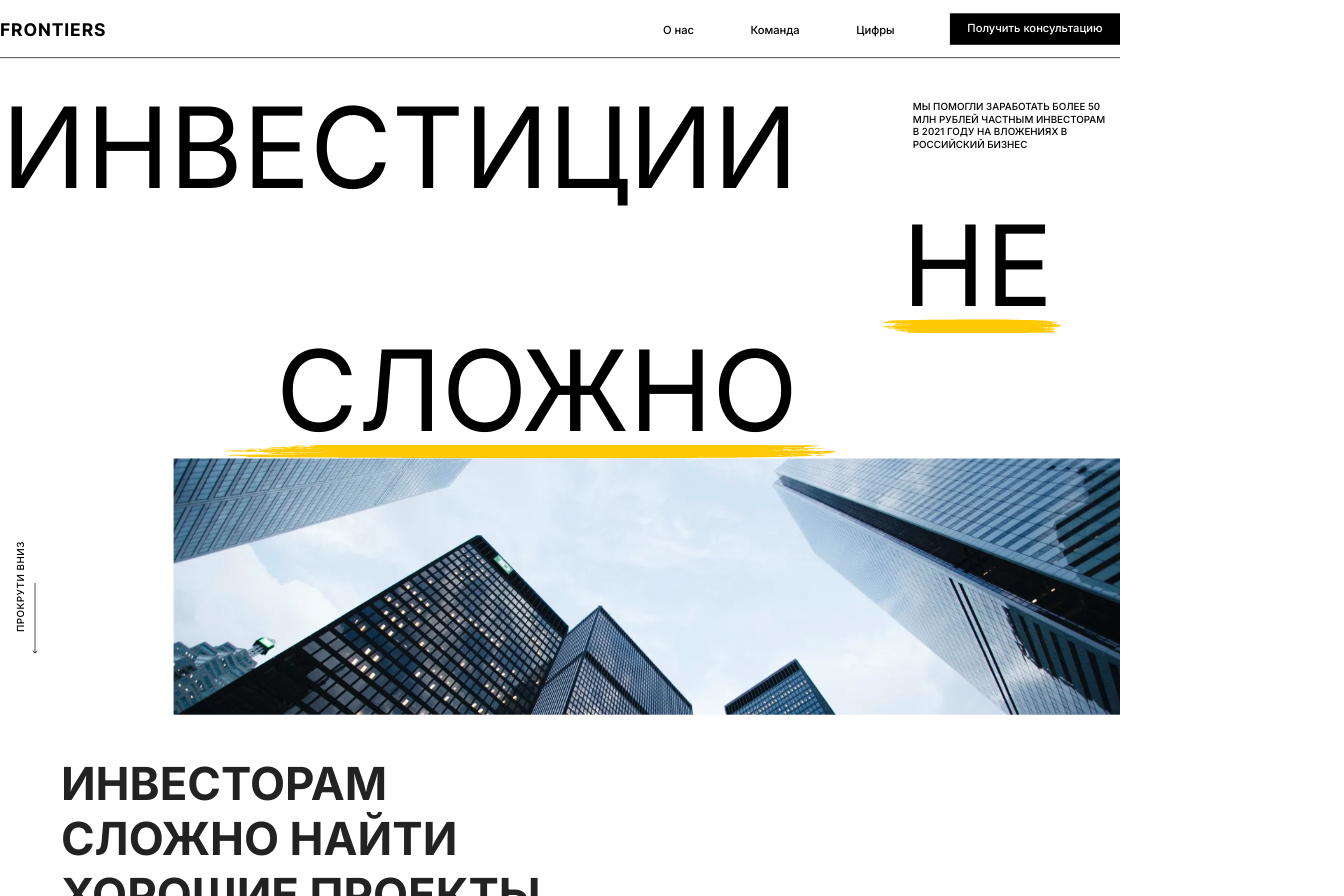
Repository: NadyaKorvin/frontiers
Page: /
The author's editor kept a copy of each file at every save. The page is drawn from the files as they stood at one save, then again after the next save.
The browser window is 1280 px wide. The page is 1920 px wide, so the pictures cover 1920 px, including what lies to the right of the window. The pictures show the part of the page from y = 0 to 1280 px (the page is 2633 px tall), at 70% of full size.
The project was rebuilt for these pictures with package versions that can differ from the ones it lists, and the page was loaded fresh each time.

Above is the page before, as saved 2022-05-26 17:30:38.

### public/index.html
<!DOCTYPE html>
<html lang="en">
  <head>
    <meta charset="utf-8" />
    <link rel="icon" href="%PUBLIC_URL%/favicon.ico" />
    <meta name="viewport" content="width=device-width, initial-scale=1" />
    <meta name="theme-color" content="#000000" />
    <meta name="description" content="Web site created using create-react-app" />
    <link rel="apple-touch-icon" href="%PUBLIC_URL%/logo192.png" />
    <link rel="manifest" href="%PUBLIC_URL%/manifest.json" />
    <link rel="preconnect" href="https://fonts.googleapis.com" />
    <link rel="preconnect" href="https://fonts.gstatic.com" crossorigin />
    <link href="https://fonts.googleapis.com/css2?family=Inter:wght@300;400;500;700&display=swap" rel="stylesheet" />
    <title>FRONTIERS</title>
  </head>
  <body>
    <noscript>You need to enable JavaScript to run this app.</noscript>
    <div id="root"></div>
  </body>
</html>

### src/index.js
import React from "react"
import ReactDOM from "react-dom/client"

import App from "./App"

const root = ReactDOM.createRoot(document.getElementById("root"))
root.render(
  <React.StrictMode>
    <App />
  </React.StrictMode>
)

### src/App.js
import { useState } from "react";
import "./App.css";
import { SecondScreenAnimation } from "./components/secondScreen/SecondScreenAnimation";
import FirstScreen from "./components/firstScreen/FirstScreen";
import LastScreen from "./components/lastScreen/LastScreen";

function App() {
  const [mousePosition, setMousePosition] = useState("");

  const listenUpperMousePosition = (event) => {
    console.log(event);
    console.log(event.target);
    setMousePosition(event.target);
  };

  return (
    <>
      <FirstScreen />
      <div className="App">
        <SecondScreenAnimation listenMousePosition={listenUpperMousePosition} />
      </div>
      <LastScreen />
    </>
  );
}
export default App;

### src/App.css
@import url("./reset.css");
@import url("./components/secondScreen/SecondScreen.css");
@import url("./font/font.css");
@import url("./components/firstScreen/FirstScreen.css");
@import url("./components/lastScreen/LastScreen.css");
@import url("./components/button/Button.css");
@import url("./components/form/Form.css");

body {
  font-family: "Inter";
}

### src/components/secondScreen/SecondScreenAnimation.js
export function SecondScreenAnimation({ listenMousePosition, mousePosition }) {
  let goUp = ""
  const goUpBlackLines = (mousePosition) => {
    if (mousePosition === "animation__text_first_part") {
      goUp = "up"
      return goUp
    }
  }
  goUpBlackLines(mousePosition)
  console.log(goUp)
  return (
    <div className="animation__text_block">
      {goUp != "up" ? (
        <div>
          <div className="animation__text" onMouseOver={listenMousePosition}>
            <p className="animation__text_first_part">Инвесторам сложно найти хорошие проекты,</p>
            <p className="animation__text_second_part">а хорошим проектам — инвестиции.</p>
          </div>
          <div className="animation__black_lines">
            <div className="animation__1th_black_line"></div>
            <div className="animation__2th_black_line"></div>
            <div className="animation__3th_black_line"></div>
          </div>
        </div>
      ) : (
        <div>
          <div className="animation__text" onMouseOver={listenMousePosition}>
            <p className="animation__text_first_part" style={{ color: "#fff" }}>
              Инвесторам сложно найти хорошие проекты,
            </p>
            <p className="animation__text_second_part" style={{ color: "#000" }}>
              а хорошим проектам — инвестиции.
            </p>
          </div>
          <div className="animation__black_lines">
            <div className="animation__1th_black_line" style={{ width: "484px", marginTop: "-475px" }}></div>
            <div className="animation__2th_black_line" style={{ width: "586px" }}></div>
            <div className="animation__3th_black_line" style={{ width: "722px" }}></div>
          </div>
        </div>
      )}
    </div>
  )
}

### src/components/firstScreen/FirstScreen.js
import React from "react";
import image from "./image.webp";

export default function firstScreen() {
  const pointer = (
    <svg
      width="8"
      height="101"
      viewBox="0 0 8 101"
      fill="none"
      xmlns="http://www.w3.org/2000/svg"
    >
      <path
        d="M4.35355 100.356C4.15829 100.551 3.84171 100.551 3.64645 100.356L0.464466 97.1735C0.269204 96.9783 0.269204 96.6617 0.464466 96.4664C0.659728 96.2712 0.976311 96.2712 1.17157 96.4664L4 99.2948L6.82843 96.4664C7.02369 96.2712 7.34027 96.2712 7.53553 96.4664C7.7308 96.6617 7.7308 96.9783 7.53553 97.1735L4.35355 100.356ZM3.5 100.002L3.5 0.00195312H4.5L4.5 100.002H3.5Z"
        fill="black"
      />
    </svg>
  );

  return (
    <>
      <section className="firstscreen">
        <header className="firstscreen__header">
          <div className="firstscreen__logotype">FRONTIERS</div>
          <div className="firstscreen__menu">
            <div className="firstscreen__nav">
              <nav className="firstscreen__nav_team">
                <ul>О нас</ul>
                <ul>Команда</ul>
                <ul>Цифры</ul>
              </nav>
            </div>
            <div className="firstscreen__button">
              <p className="firstscreen__text_btn">Получить консультацию</p>
            </div>
          </div>
        </header>
        <div className="firstscreen__content">
          <div className="firstscreen__content_left_text">
            <p>ИНВЕСТИЦИИ</p>
            <div>
              <p>СЛОЖНО</p>
              <div className="firstscreen__content_vector_complex" />
            </div>
          </div>
          <div className="firstscreen__content_rihgt_text">
            <div className="firstscreen__content_rihgt_text_up">
              <p>
                Мы помогли заработать более 50 млн рублей частным инвесторам в
                2021 году на вложениях в российский бизнес
              </p>
            </div>
            <div className="firstscreen__content_rihgt_text_down">
              <p>НЕ</p>
              <div className="firstscreen__content_vector_not" />
            </div>
          </div>
        </div>
        <div className="firstscreen__content_bottom_content">
          <div className="firstscreen__content_bottom_content_left">
            <div className="firstscreen__content_bottom_content_left_scrolldown">
              <p>ПРОКРУТИ ВНИЗ</p>
            </div>
            <div className="firstscreen__content_pointer">{pointer}</div>
          </div>
          <div className="firstscreen__content_bottom_content_right"></div>
          <img src={image} alt="" className="firstscreen__img" />
        </div>
      </section>
    </>
  );
}

### src/components/lastScreen/LastScreen.js
import React from "react";
import Form from "../form/Form"
import LogoKojo from "./LogoKojo"

export default function LastScreen() {
  return (
    <>
      <section className="lastscreen">
        <div className="lastscreen__wrapper">
          <div className="lastscreen__left_content">
            <p>
              ОТПРАВЬТЕ НАМ ЗАЯВКУ НА КОНСУЛЬТАЦИЮ И МЫ ПОДБЕРЕМ ДЛЯ ВАС
              НАИБОЛЕЕ ПОДХОДЯЩУЮ СТРАТЕГИЮ
            </p>
          </div>
          <div className="lastscreen__right_content">
            <div className="lastscreen__text_form">
              <p>ЗАПОЛНИТЕ ФОРМУ И МЫ С ВАМИ СВЯЖЕМСЯ В БЛИЖАЙШЕЕ ВРЕМЯ</p>
            </div>
            <Form />
          </div>
        </div>
        <footer className="lastscreen__footer">
          <div className="lastscreen__contact">
            <p>КОНТАКТЫ</p>
            <p>Санкт-Петербург, Невский пр-кт, 71 (5 этаж)</p>
            <p>+7 000 987 6543</p>
            <p><a href="mailto:info@frontiers.ru" >info@frontiers.ru</a></p>
          </div>
          <div className="lastscreen__design">
            <p>Дизайн и разработка</p>
            <LogoKojo />
          </div>
          <div className="lastscreen__frontiers">
            <p>FRONTIERS</p>
            <p>Политика конфиденциальности</p>
            <p>© 2022 Frontiers Group</p>
          </div>
        </footer>
      </section>
    </>
  );
}

### src/reset.css
html,
body,
div,
span,
applet,
object,
iframe,
h1,
h2,
h3,
h4,
h5,
h6,
p,
blockquote,
pre,
a,
abbr,
acronym,
address,
big,
cite,
code,
del,
dfn,
em,
img,
ins,
kbd,
q,
s,
samp,
small,
strike,
strong,
sub,
sup,
tt,
var,
b,
u,
i,
center,
dl,
dt,
dd,
ol,
ul,
li,
fieldset,
form,
label,
legend,
table,
caption,
tbody,
tfoot,
thead,
tr,
th,
td,
article,
aside,
canvas,
details,
embed,
figure,
figcaption,
footer,
header,
hgroup,
menu,
nav,
output,
ruby,
section,
summary,
time,
mark,
audio,
video {
  margin: 0;
  padding: 0;
  border: 0;
  font-size: 100%;
  font: inherit;
  vertical-align: baseline;
}

:focus {
  outline: 0;
}

article,
aside,
details,
figcaption,
figure,
footer,
header,
hgroup,
menu,
nav,
section {
  display: block;
}

body {
  line-height: 1;
}

ol,
ul {
  list-style: none;
}

blockquote,
q {
  quotes: none;
}

blockquote:before,
blockquote:after,
q:before,
q:after {
  content: "";
  content: none;
}

table {
  border-collapse: collapse;
  border-spacing: 0;
}

input[type="search"]::-webkit-search-cancel-button,
input[type="search"]::-webkit-search-decoration,
input[type="search"]::-webkit-search-results-button,
input[type="search"]::-webkit-search-results-decoration {
  -webkit-appearance: none;
  -moz-appearance: none;
}

input[type="search"] {
  -webkit-appearance: none;
  -moz-appearance: none;
  -webkit-box-sizing: content-box;
  -moz-box-sizing: content-box;
  box-sizing: content-box;
}

textarea {
  overflow: auto;
  vertical-align: top;
  resize: vertical;
}

[hidden] {
  display: none;
}

html {
  font-size: 100%; /* 1 */
  -webkit-text-size-adjust: 100%; /* 2 */
  -ms-text-size-adjust: 100%; /* 2 */
}

a:focus {
  outline: thin dotted;
}

a:active,
a:hover {
  outline: 0;
}

img {
  border: 0;
  -ms-interpolation-mode: bicubic;
}

figure {
  margin: 0;
}

form {
  margin: 0;
}

fieldset {
  border: 1px solid #c0c0c0;
  margin: 0 2px;
  padding: 0.35em 0.625em 0.75em;
}

legend {
  border: 0; /* 1 */
  padding: 0;
  white-space: normal; /* 2 */
  *margin-left: -7px; /* 3 */
}

button,
input,
select,
textarea {
  font-size: 100%; /* 1 */
  margin: 0; /* 2 */
  vertical-align: baseline; /* 3 */
  *vertical-align: middle; /* 3 */
}

button,
input {
  line-height: normal;
}

button,
select {
  text-transform: none;
}

button,
html input[type="button"], /* 1 */
input[type="reset"],
input[type="submit"] {
  -webkit-appearance: button; /* 2 */
  cursor: pointer; /* 3 */
  *overflow: visible; /* 4 */
}

button[disabled],
html input[disabled] {
  cursor: default;
}

input[type="checkbox"],
input[type="radio"] {
  box-sizing: border-box; /* 1 */
  padding: 0; /* 2 */
  *height: 13px; /* 3 */
  *width: 13px; /* 3 */
}

input[type="search"] {
  -webkit-appearance: textfield; /* 1 */
  -moz-box-sizing: content-box;
  -webkit-box-sizing: content-box; /* 2 */
  box-sizing: content-box;
}

input[type="search"]::-webkit-search-cancel-button,
input[type="search"]::-webkit-search-decoration {
  -webkit-appearance: none;
}

button::-moz-focus-inner,
input::-moz-focus-inner {
  border: 0;
  padding: 0;
}

textarea {
  overflow: auto; /* 1 */
  vertical-align: top; /* 2 */
}

table {
  border-collapse: collapse;
  border-spacing: 0;
}

html,
button,
input,
select,
textarea {
  color: #222;
}

::-moz-selection {
  background: #b3d4fc;
  text-shadow: none;
}

::selection {
  background: #b3d4fc;
  text-shadow: none;
}

img {
  vertical-align: middle;
}

fieldset {
  border: 0;
  margin: 0;
  padding: 0;
}

textarea {
  resize: vertical;
}

.chromeframe {
  margin: 0.2em 0;
  background: #ccc;
  color: #000;
  padding: 0.2em 0;
}

### src/components/secondScreen/SecondScreen.css
.second__screen {
  display: flex;
  justify-content: space-between;
  margin: 0 auto;
  margin-top: 174px;
  /* придкмать решение сделать по центру*/
  display: flex;
  width: 1600px;
  height: 733px;
}

.animation__text_block {
  display: block;
  margin-left: 87px;
}

.animation__text_first_part,
.animation__text_second_part {
  width: 770px;
  text-transform: uppercase;
  font-size: 65px;
  font-weight: 700;
  line-height: 79px;
  transition: 0.6s ease-out;
}

.animation__text_second_part {
  color: #fff;
}

.animation__black_lines {
  margin-left: -10px;
  margin-top: -236px;
}

.animation__1th_black_line {
  margin-bottom: 5px;
  height: 75px;
  width: 444px;
  background-color: #000;
  transition: 0.6s ease-out;
}

.animation__2th_black_line {
  margin-bottom: 5px;
  height: 75px;
  width: 475px;
  background-color: #000;
  transition: 0.6s ease-out;
}
.animation__3th_black_line {
  height: 75px;
  width: 502px;
  background-color: #000;
  transition: 0.6s ease-out;
}

.right__part {
  display: flex;
  margin-left: 190px;
  flex-direction: column;
}

.conversation__image {
  margin-right: 222px;
  display: block;
  width: 400px;
  height: 400px;
  background: url("../secondScreen/people.png");
}

.decoration_marks {
  margin-top: -110px;
  transform: rotate(-180deg);
  font-size: 200px;
  font-weight: 300;
}

.text_paragraph {
  margin-left: 90px;
  width: 431px;
  font-size: 18px;
  font-weight: 400;
  line-height: 23px;
  text-transform: uppercase;
  line-height: 130%;
}

### src/font/font.css
@font-face {
  font-family: "Inter";
  src:
    url("./Inter-Bold.ttf") format("truetype")
    url("./Inter-Bold.woff2") format("woff2"),
    url("./Inter-Bold.woff") format("woff");
  font-weight: 700;
  font-style: normal;
  font-stretch: normal;
  unicode-range: U+0020-E0D0;
}

@font-face {
  font-family: "Inter";
  src:
    url("./Inter-Regular.woff2") format("woff2"),
    url("./Inter-Regular.ttf") format("truetype")
    url("./Inter-Regular.woff") format("woff");
  font-weight: 400;
  font-style: normal;
  font-stretch: normal;
  unicode-range: U+0020-E0D0;
}

@font-face {
    font-family:'Inter Medium';
    src:
        url("./Inter-Medium.ttf") format("truetype")
        url('Inter-Medium.woff2') format('woff2'),
		url('Inter-Medium.woff') format('woff');
    font-weight: 500;
    font-style: normal;
    font-stretch: normal;
    unicode-range: U+0020-E0D0;
}

@font-face {
    font-family:'Inter Light';
    src:
        url("./Inter-Light.ttf") format("truetype")
        url('Inter-Light.woff2') format('woff2'),
		url('Inter-Light.woff') format('woff');
    font-weight: 300;
    font-style: normal;
    font-stretch: normal;
    unicode-range: U+0020-E0D0;
}

### src/components/firstScreen/FirstScreen.css
.firstscreen {
  height: 1080px;
}

.firstscreen__header {
  width: 1600px;
  height: 82px;
  margin: 0 auto;
  border-bottom: 1px solid #000000;
  display: flex;
  justify-content: space-between;
}

.firstscreen__logotype {
  width: 151px;
  height: 30px;
  padding-top: 27px;
  font-family: "Inter";
  font-style: normal;
  font-weight: 700;
  font-size: 25px;
  line-height: 30px;
  letter-spacing: 0.05em;
  color: #000000;
}

.firstscreen__menu {
  width: 653px;
  display: flex;
  justify-content: space-between;
}

.firstscreen__nav {
  margin-top: 33px;
  width: 331px;
}

.firstscreen__nav_team {
  display: flex;
  justify-content: space-between;
  font-family: "Inter";
  font-style: normal;
  font-weight: 500;
  font-size: 16px;
  line-height: 19px;
  color: #000000;
}

.firstscreen__button {
  margin-top: 19px;
  width: 243px;
  height: 45px;
  background: #000000;
}

.firstscreen__text_btn {
  padding-top: 12px;
  padding-bottom: 12px;
  font-family: "Inter";
  font-style: normal;
  font-weight: 500;
  font-size: 16px;
  line-height: 19px;
  text-align: center;
  color: #ffffff;
}

.firstscreen__content {
  margin: 0 auto;
  width: 1600px;
  margin-top: 30px;
  display: flex;
}

.firstscreen__content_left_text {
  width: 1140px;
  height: 542px;
  display: flex;
  flex-direction: column;
  justify-content: space-between;
  text-align: end;
  font-family: "Inter";
  font-style: normal;
  font-weight: 400;
  font-size: 160px;
  line-height: 194px;
  text-transform: uppercase;
  color: #000000;
}

.firstscreen__content_vector_complex {
  margin-top: -20px;
  margin-left: 320px;
  width: 874px;
  height: 20px;
  background: url("./complex.svg");
}

.firstscreen__content_rihgt_text {
  margin-top: 30px;
  margin-left: 164px;
  width: 279px;
  height: 332px;
}

.firstscreen__content_rihgt_text_up {
  font-family: "Inter";
  font-style: normal;
  font-weight: 500;
  font-size: 14px;
  line-height: 130%;
  text-transform: uppercase;
  color: #000000;
}

.firstscreen__content_rihgt_text_down {
  margin-top: 66px;
  margin-left: -15px;
  width: 215px;
  height: 194px;
  font-family: "Inter";
  font-style: normal;
  font-weight: 400;
  font-size: 160px;
  line-height: 194px;
  text-transform: uppercase;
  color: #000000;
}

.firstscreen__content_vector_not {
  margin-top: -20px;
  margin-left: -30px;
  width: 256px;
  height: 20px;
  background: url(./not.svg);
}

.firstscreen__content_bottom_content {
  margin-top: 120px;
  margin: 0 auto;
  width: 1600px;
  display: flex;
  justify-content: space-between;
}

.firstscreen__content_bottom_content_left {
  display: flex;
}

.firstscreen__content_bottom_content_left_scrolldown {
  margin-left: 139px;
  font-family: "Inter";
  font-style: normal;
  font-weight: 500;
  font-size: 14px;
  line-height: 17px;
  letter-spacing: 0.05em;
  color: #000000;
  transform: rotate(-90deg);
}

.firstscreen__content_pointer {
  margin-top: 178px;
  margin-left: -223px;
}

.firstscreen__img {
  width: 1352px;
  height: 366px;
}

### src/components/lastScreen/LastScreen.css
.lastscreen {
  width: 1920px;
  height: 1080px;
}

.lastscreen__wrapper {
  position: relative;
  top: 109px;
  left: 170px;
  display: flex;
  justify-content: space-between;
  width: 1590px;
  height: 553px;
}

.lastscreen__left_content {
  position: relative;
  width: 775px;
  height: 553px;
  box-sizing: border-box;
  font-family: "Inter";
  font-style: normal;
  font-weight: 700;
  font-size: 65px;
  line-height: 79px;
  text-transform: uppercase;
  color: #000000;
}

.lastscreen__right_content {
  position: relative;
  width: 529px;
  height: 553px;
}

.lastscreen__text_form {
  width: 529px;
  height: 46px;
  left: 1231px;
  top: 4438px;
  font-family: "Inter";
  font-style: normal;
  font-weight: 400;
  font-size: 18px;
  line-height: 130%;
  text-transform: uppercase;
  color: #000000;
}

.lastscreen__footer {
  position: relative;
  margin: 308px 160px 0;
  width: 1600px;
  border-top: 1px solid #000000;
  bottom: 0px;
  display: flex;
  justify-content: space-between;
}

.lastscreen__contact {
  width: 357px;
}

.lastscreen__contact > p:nth-child(1) {
  padding: 33px 0 20px;
  font-family: "Inter";
  font-style: normal;
  font-weight: 700;
  font-size: 25px;
  line-height: 30px;
  color: #000000;
}

.contact > p:nth-child(2),
.contact > p:nth-child(3),
.contact > p:nth-child(4) {
  padding-bottom: 15px;
}

.design {
  padding-top: 150px;
  width: 260px;
  display: flex;
  margin-left: -80px;
  justify-content: space-between;
}

.frontiers {
  width: 250px;
  text-align: end;
}

.lastscreen__frontiers > p:nth-child(1) {
    padding: 30px 0 57px;
    font-family: "Inter";
    font-style: normal;
    font-weight: 700;
    font-size: 25px;
    line-height: 30px;
    color: #000000;
  }

.lastscreen__frontiers > p:nth-child(2),
.lastscreen__frontiers > p:nth-child(3) {
    padding-bottom: 15px;
}

a {
    text-decoration: none;
    color: #000000;
}

### src/components/button/Button.css
.form__button {
  position: relative;
  display: block;
  width: 243px;
  height: 55px;
  font-family: "Inter";
  font-size: 16px;
  background-color: #000000;
  border: 0;
  text-align: center;
  cursor: pointer;
  font-family: "Inter";
  font-style: normal;
  font-weight: 500;
  font-size: 16px;
  line-height: 19px;
  color: #ffffff;
}

### src/components/form/Form.css
.form {
  margin-top: 60px;
  width: 529px;
  height: 355px;
  border-top: 1px solid #d1d1d1;
}

.form__input,
.form__textarea {
  width: 529px;
  height: 80px;
  border: 0;
  outline: none;
  font-size: 18px;
  color: #000000;
  text-transform: uppercase;
}

.form__textarea {
  height: 80px;
  line-height: 80px;
  overflow: hidden;
  /* resize: none; */
}

.form__borders {
  border-bottom: 1px solid #d1d1d1;
}

.form__consent {
  display: -webkit-box;
  display: -ms-flexbox;
  display: flex;
  margin: 30px 0 0;
}

.form__policy_text {
  margin-top: 15px;
  margin-left: 15px;
  width: 250px;
  height: 40px;
  box-sizing: border-box;
  font-family: "Inter";
  font-style: normal;
  font-weight: 400;
  font-size: 13px;
  line-height: 150%;
  color: #787878;
}

.form__checkbox {
  opacity: 0;
  width: 0;
}

.form__checkfake {
  margin: 15px 0;
  display: block;
  width: 15px;
  height: 15px;
  border: 1px solid #1f1f1f;
  cursor: pointer;
}

.form__checkfake::before {
  content: "";
  position: absolute;
  display: block;
  width: 14px;
  height: 14px;
  background: url("./checkmark.svg");
  opacity: 0;
}

.form__checkbox:checked + .form__checkfake::before {
  opacity: 1;
}

.form__focus {
  text-transform: uppercase;
  color: #ff0000;
  margin-bottom: 10px;
  font-size: 13px;
}

.form__focus_consent {
  position: relative;
  top: 10px;
  text-transform: uppercase;
  color: #ff0000;
  font-size: 13px;
}

.form__btn {
    margin-top: 14px;
  position: relative;
  overflow: hidden;
}

### src/components/button/Button.js
import React from "react";

export default function Button({ title }) {
  return (
    <>
      <button className="form__button" >
        {title}
      </button>
    </>
  );
}

Loaded but not shown: src/components/lastScreen/LogoKojo.js (76 lines, source omitted); src/components/form/Form.js (142 lines, source omitted)

After the next save:
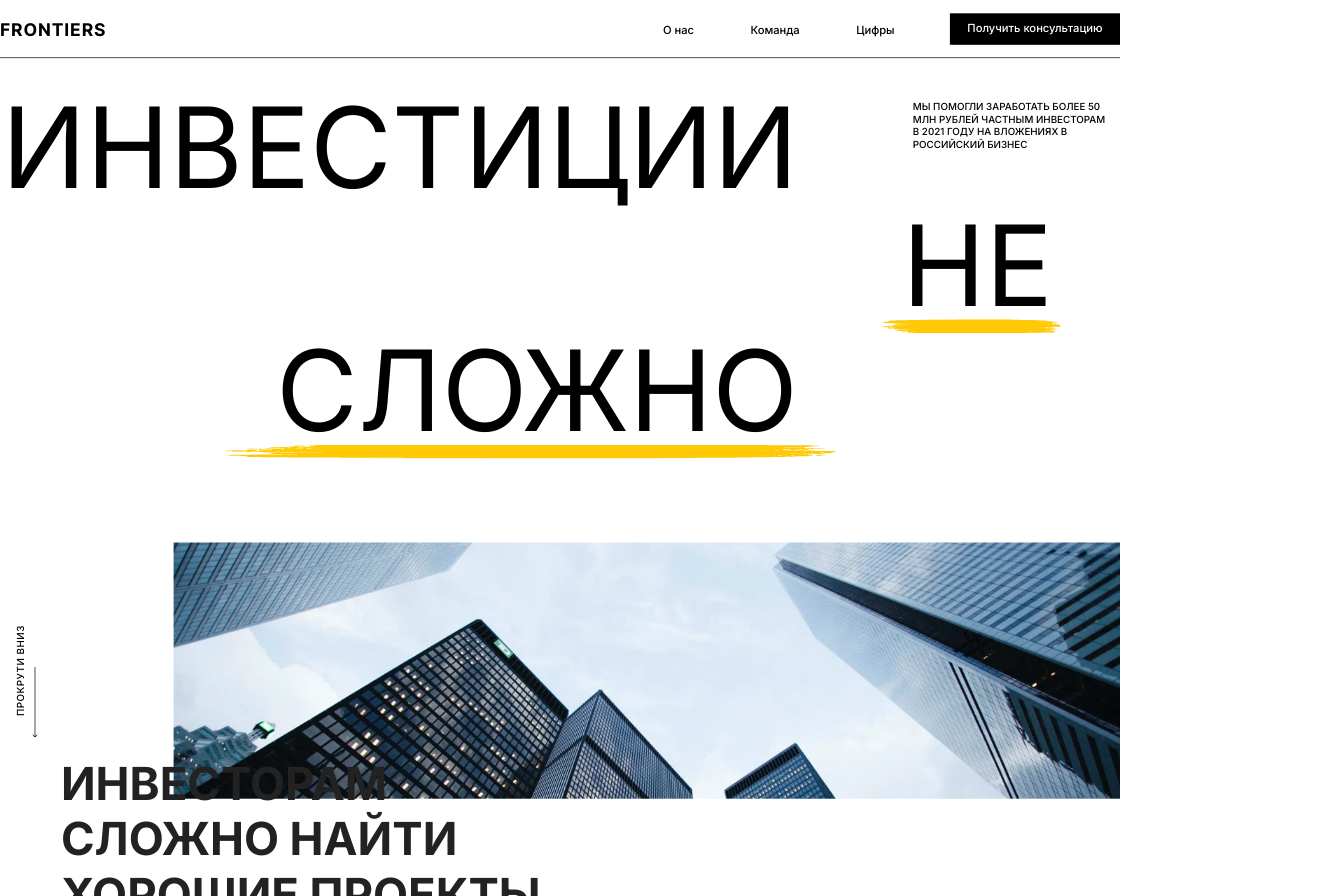
Saved 18 s later.
--- a/src/components/firstScreen/FirstScreen.css
+++ b/src/components/firstScreen/FirstScreen.css
@@ -136,8 +136,8 @@
 }
 
 .firstscreen__content_bottom_content {
+  margin: 0 auto;
   margin-top: 120px;
-  margin: 0 auto;
   width: 1600px;
   display: flex;
   justify-content: space-between;
